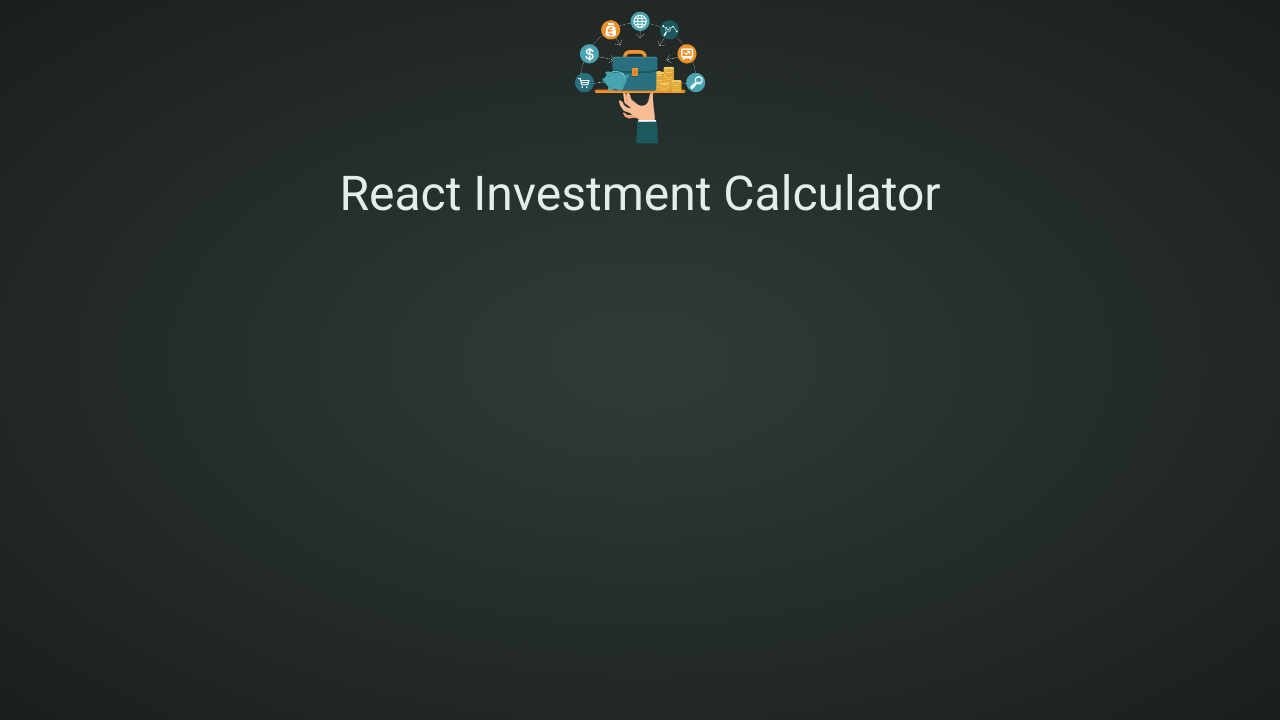
Repository: ErminiaDev/investment-app
Page: /
These files come from the project's save history. The page is drawn as it stood at one moment and after a run of saves; the edit follows.
The browser window is 1280 px wide. The pictures show the whole page.
The project was rebuilt for these pictures with package versions that can differ from the ones it lists, and the page was loaded fresh each time. Also part of the build but not shown: vite.config.js.

Above is the page before, as saved 2024-02-23 12:16:20.

### src/index.jsx
import ReactDOM from 'react-dom/client';

import App from './App.jsx';
import './index.css';

import '@fontsource/roboto/300.css';
import '@fontsource/roboto/400.css';
import '@fontsource/roboto/500.css';
import '@fontsource/roboto/700.css';

ReactDOM.createRoot(document.getElementById('root')).render(<App />);

### src/App.jsx
import Header from "./components/Header";

function App() {
  return (
    <Header/>
  )
}

export default App

### src/components/Header.jsx
import { Box, Stack, Typography } from "@mui/material";

export default function Header({}) {
  return (
    <Stack spacing={2} display="flex" alignItems="center">
      <Box
        component="img"
        sx={{ height: 150, width:150 }}
        src="src/assets/investment-calculator-logo.png"
        alt=""
      />
      <Typography variant="h3">React Investment Calculator</Typography>
    </Stack>
  );
}

Loaded but not shown: index.html (common file); src/index.css (common file)

After the next 3 saves:
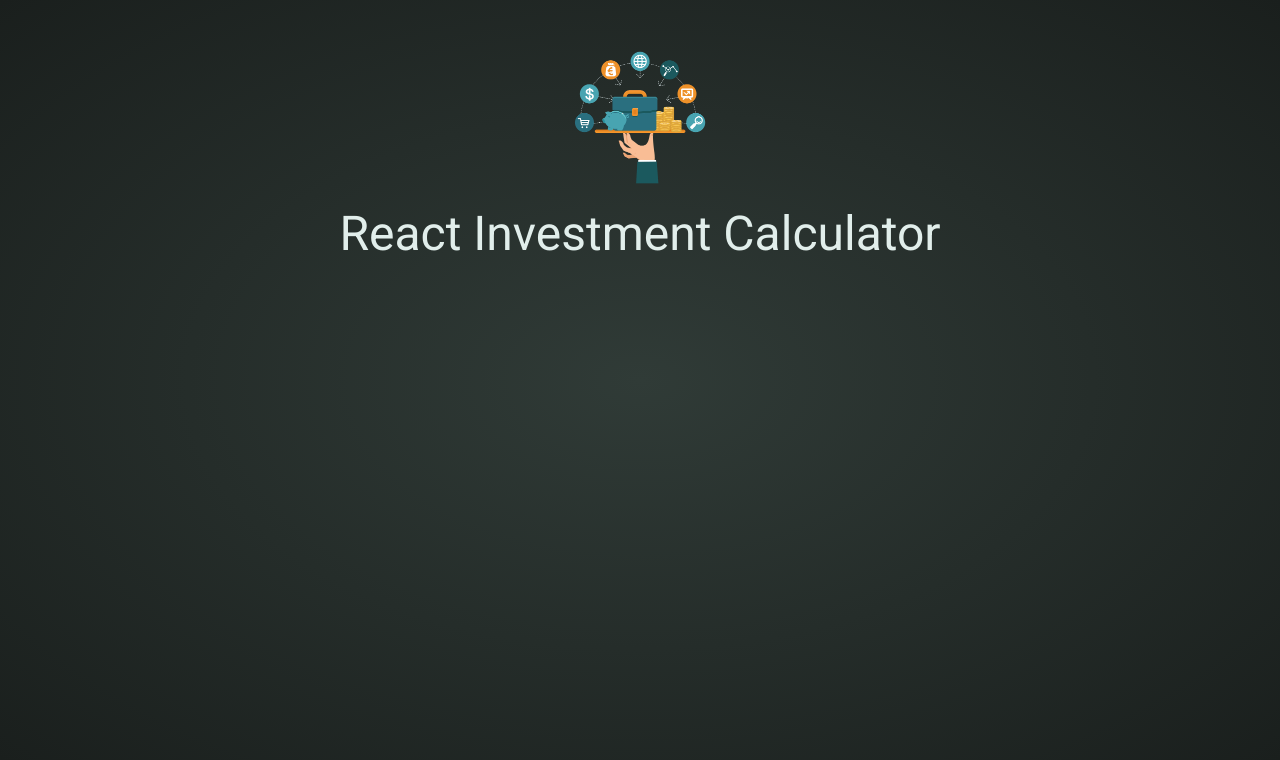
The 3 saves are shown as one change because they came seconds apart.
The last was saved 23 s later.
--- a/src/components/Header.jsx
+++ b/src/components/Header.jsx
@@ -2,7 +2,7 @@ import { Box, Stack, Typography } from "@mui/material";
 
 export default function Header({}) {
   return (
-    <Stack spacing={2} display="flex" alignItems="center">
+    <Stack spacing={2} display="flex" alignItems="center" mt={5}>
       <Box
         component="img"
         sx={{ height: 150, width:150 }}
